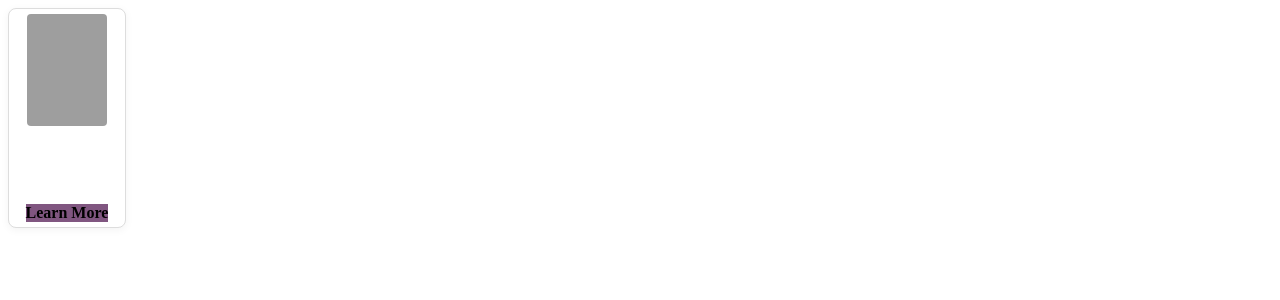
Repository: Micaelavalmores/BookCatalog
Page: /
These files come from the project's save history. The page is drawn as it stood at one moment and after a run of saves; the edit follows.
The browser window is 1280 px wide. The pictures show the whole page.
Pictures or frames that could not be fetched are drawn as grey boxes. The project was rebuilt for these pictures with package versions that can differ from the ones it lists, and the page was loaded fresh each time. Also part of the build but not shown: vite.config.js, src/index.css.

Above is the page before, as saved 2025-09-16 22:51:05.

### index.html
<!doctype html>
<html lang="en">
  <head>
    <meta charset="UTF-8" />
    <meta name="viewport" content="width=device-width, initial-scale=1.0" />
    <title>Book Catalog</title>
  </head>
  <body>
    <div id="root"></div>
    <script type="module" src="/src/main.jsx"></script>
  </body>
</html>

### src/main.jsx
import React from 'react';
import { createRoot } from 'react-dom/client';
import './index.css';
import Book from './assets/book.jsx';

const root = createRoot(document.getElementById("root"));

root.render(
  <React.StrictMode>
    <Book
      image="https://img.freepik.com/free-vector/stack-colorful-books_1308-171744.jpg?semt=ais_incoming&w=740&q=80"
      authors="Alice Author, Bob Writer"
      link="https://example.com/book-info"
    />
  </React.StrictMode>
);

### src/assets/book.jsx

import React from "react";
import "./book.css";

const book = ({ image, title, authors, link }) => (
  <div className="book-container">
    <img className="book-image" src={image} alt={title} />
    <div className="book-info">
      <h2 className="book-title">{title}</h2>
      <p className="book-authors">{authors}</p>
      <a className="book-link" href={link} target="_blank" rel="noopener noreferrer">
        Learn More
      </a>
    </div>
  </div>
);

export default book;

### src/assets/book.css
.book-container {
    max-width: 6em;
    border: 1px solid #ddd;
    border-radius: 8px;
    padding: 5px 10px;
    display: flex;
    flex-direction: column;
    align-items: center;
    background: #fff;
    box-shadow: 0 2px 8px rgba(0,0,0,0.05);
  }

  .book-image {
    width: 5em;
    height: 7em;
    object-fit: cover;
    margin-bottom: 12px;
    border-radius: 4px;
  }

  .book-info {
    width: 100%;
    text-align: center;
  }


  .book-authors {
    color: #ffffff;
    margin-bottom: 10px;

  }

  .book-link {
    display: inline-block;
    color: #000000;
    text-decoration: none;
    font-weight: bold;
    transition: color 0.2s;
    background: rgb(128, 86, 128);
  }

  .book-link:hover {
    color: #0056b3;
  }

After the next 2 saves:
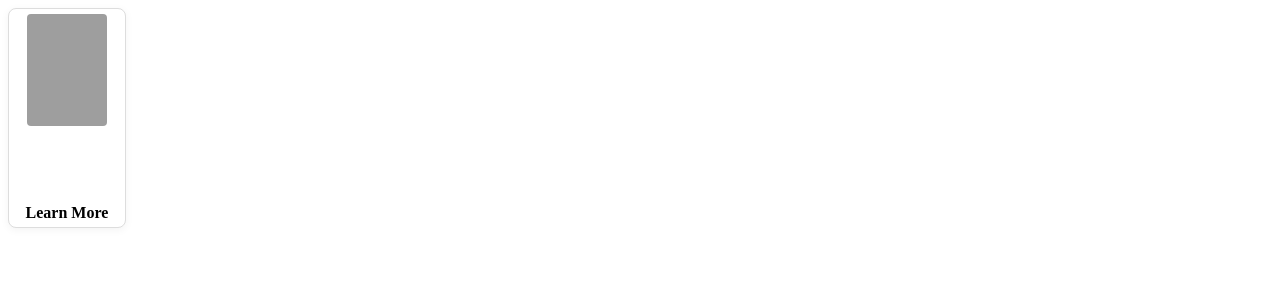
The 2 saves are shown as one change because they came seconds apart.
The last was saved 9 s later.
--- a/src/assets/book.css
+++ b/src/assets/book.css
@@ -27,7 +27,6 @@
   .book-authors {
     color: #ffffff;
     margin-bottom: 10px;
-
   }
 
   .book-link {
@@ -36,7 +35,6 @@
     text-decoration: none;
     font-weight: bold;
     transition: color 0.2s;
-    background: rgb(128, 86, 128);
   }
 
   .book-link:hover {
